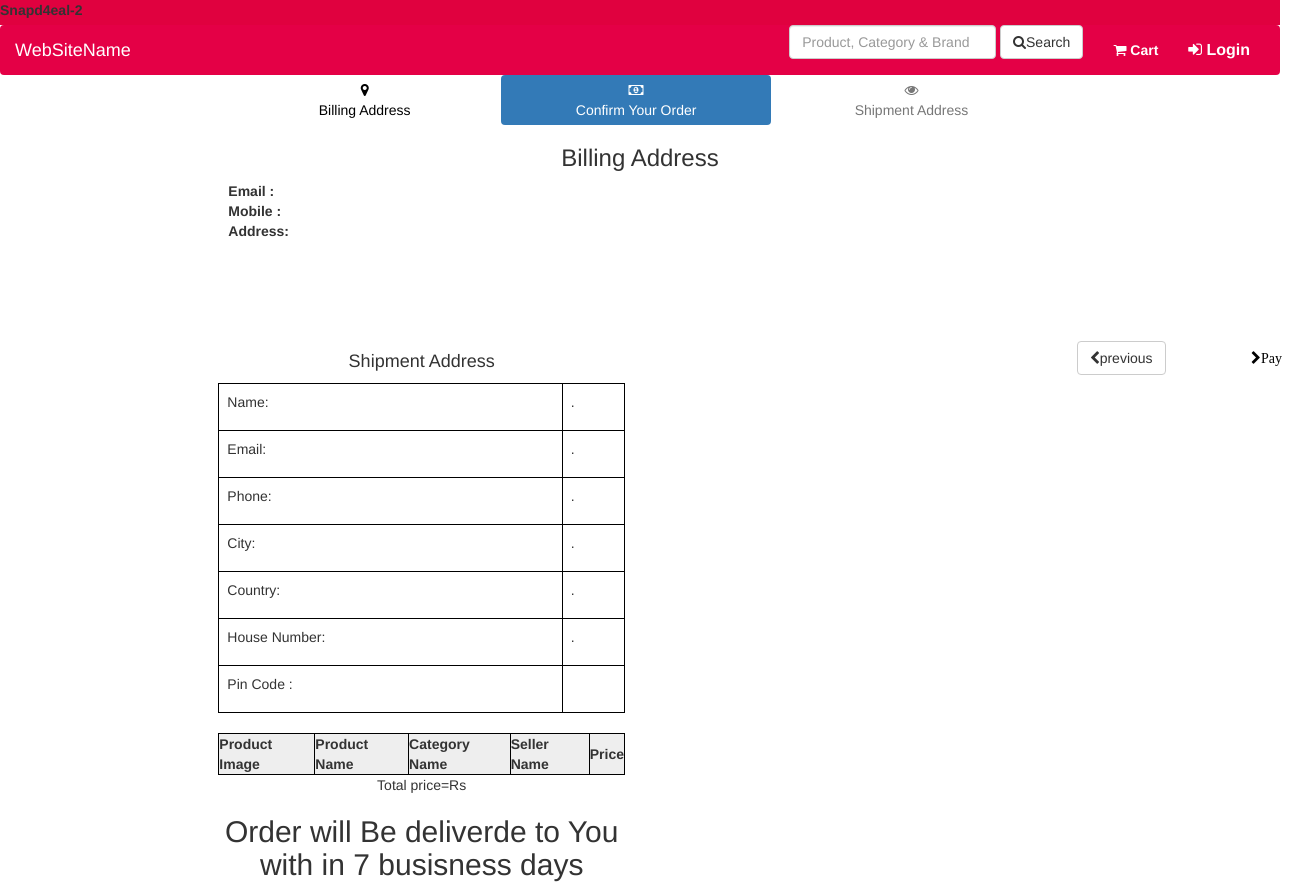
Repository: Aryans26/project
Page: http://localhost/frontend/WEB-INF/views/orderconfirm.jsp
The author's editor kept a copy of each file at every save. The page is drawn from the files as they stood at one save, then again after the next save.
The browser window is 1280 px wide. The page is 1295 px wide, so the pictures cover 1295 px, including what lies to the right of the window. The pictures show the whole page.
Some web libraries are served in a nearby version. The page is served by Tomcat 9. Nobody is signed in. The template is opened directly, without the code that normally fills it, so the values that code supplies are empty.

Above is the page before, as saved 2017-06-21 09:51:17.

After the next save:
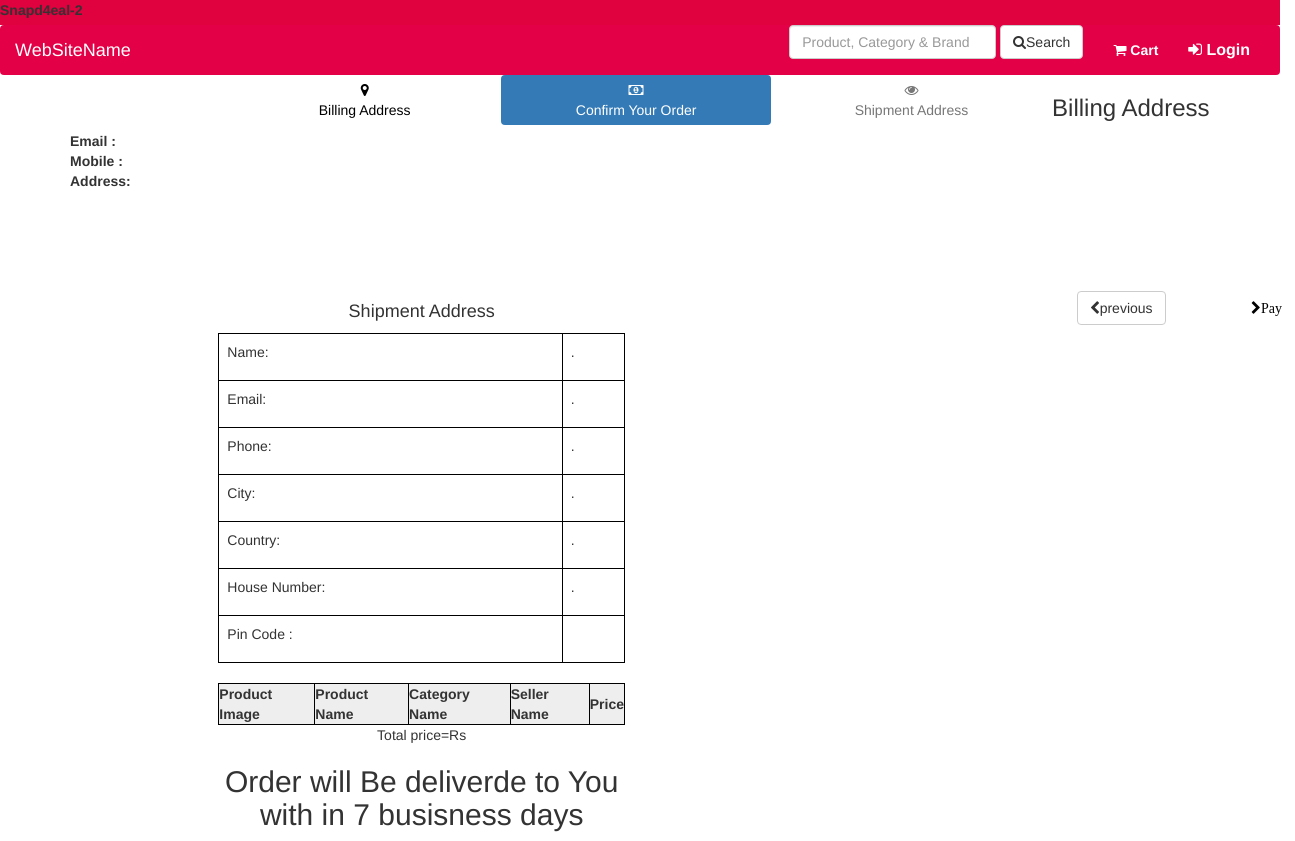
Saved 63 s later.
--- a/frontend/src/main/webapp/WEB-INF/views/orderconfirm.jsp
+++ b/frontend/src/main/webapp/WEB-INF/views/orderconfirm.jsp
@@ -28,7 +28,7 @@
                                 </ul>
 </form>
 </div>
-<div class="col-md-10 col-lg-8 col-lg-offset-2 container">
+<div class=" container">
 
 		<h3 class="text-center">Billing Address</h3>
 <!-- 		<div class="row"> -->
